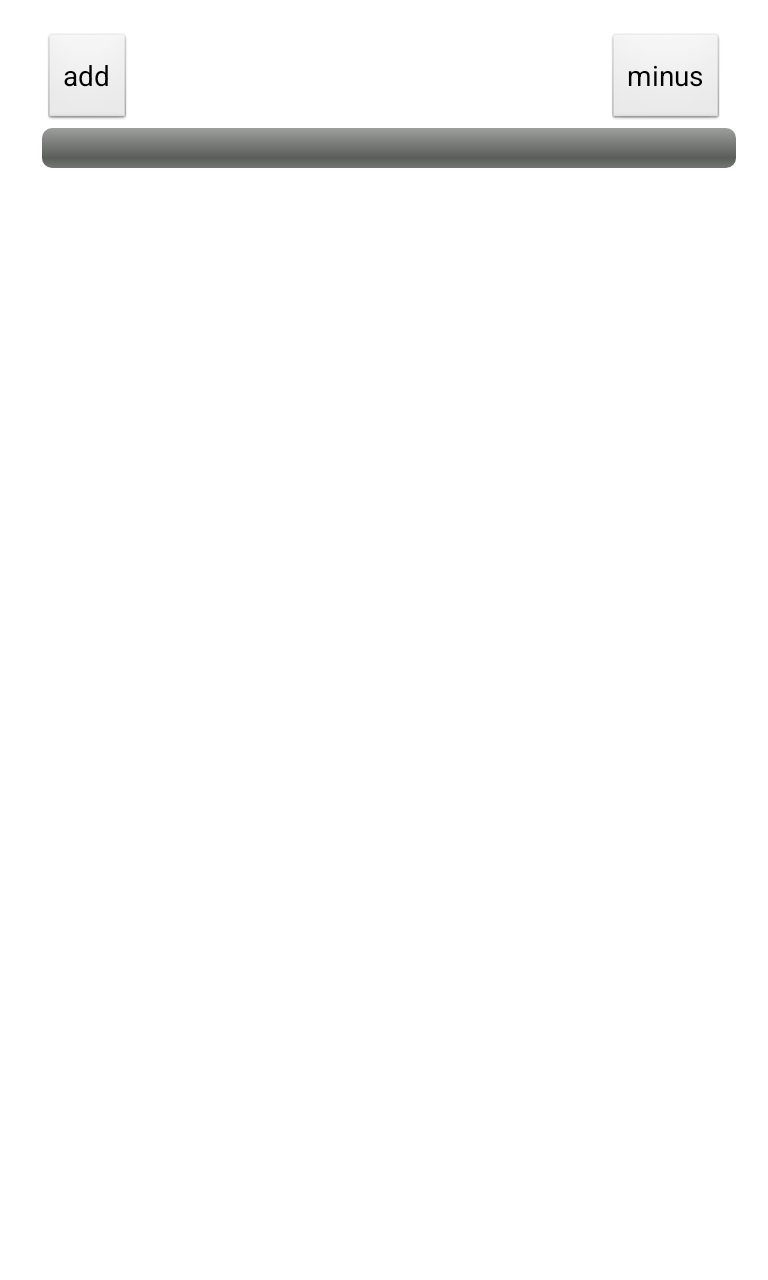
Repository: CrowleyLucky/AndroidLearningNotes
Layout: 16_MultiThreadDownloader/res/layout/activity_main.xml
These files come from the project's save history. The layout is drawn as it stood at one moment and after the next save; the edit follows.
It is drawn on a 768 x 1280 px phone screen (xhdpi) without system bars, with theme AppTheme; the app's code is not run.

Above is the layout before, as saved 2014-03-04 04:40:51.

### 16_MultiThreadDownloader/res/layout/activity_main.xml
<RelativeLayout xmlns:android="http://schemas.android.com/apk/res/android"
    xmlns:tools="http://schemas.android.com/tools"
    android:layout_width="match_parent"
    android:layout_height="match_parent"
    android:paddingBottom="@dimen/activity_vertical_margin"
    android:paddingLeft="@dimen/activity_horizontal_margin"
    android:paddingRight="@dimen/activity_horizontal_margin"
    android:paddingTop="@dimen/activity_vertical_margin"
    tools:context=".MainActivity" >

	<Button
	    android:layout_height="wrap_content"
	    android:layout_width="wrap_content"
	    android:layout_alignParentLeft="true"
	    android:text="@string/progress_add"
	    android:layout_marginLeft="5dp"
	    android:id="@+id/button_add"/>
	<Button
	    android:layout_height="wrap_content"
	    android:layout_width="wrap_content"
	    android:layout_alignParentRight="true"
	    android:layout_marginRight="5dp"
	    android:text="@string/progress_minus"
	    android:id="@+id/button_minus"/>

    <ProgressBar
        style="?android:attr/progressBarStyleHorizontal"
        android:layout_width="match_parent"
        android:layout_height="wrap_content"
        android:layout_below="@id/button_add"
        android:layout_alignLeft="@id/button_add"/>

</RelativeLayout>

### 16_MultiThreadDownloader/res/values/strings.xml
<?xml version="1.0" encoding="utf-8"?>
<resources>

    <string name="app_name">ProgressBar</string>
    <string name="action_settings">Settings</string>
    <string name="progress_add">add</string>
    <string name="progress_minus">minus</string>

</resources>

Loaded but not shown: 16_MultiThreadDownloader/res/values/styles.xml (common file); 16_MultiThreadDownloader/res/values/dimens.xml (common file)

After the next save:
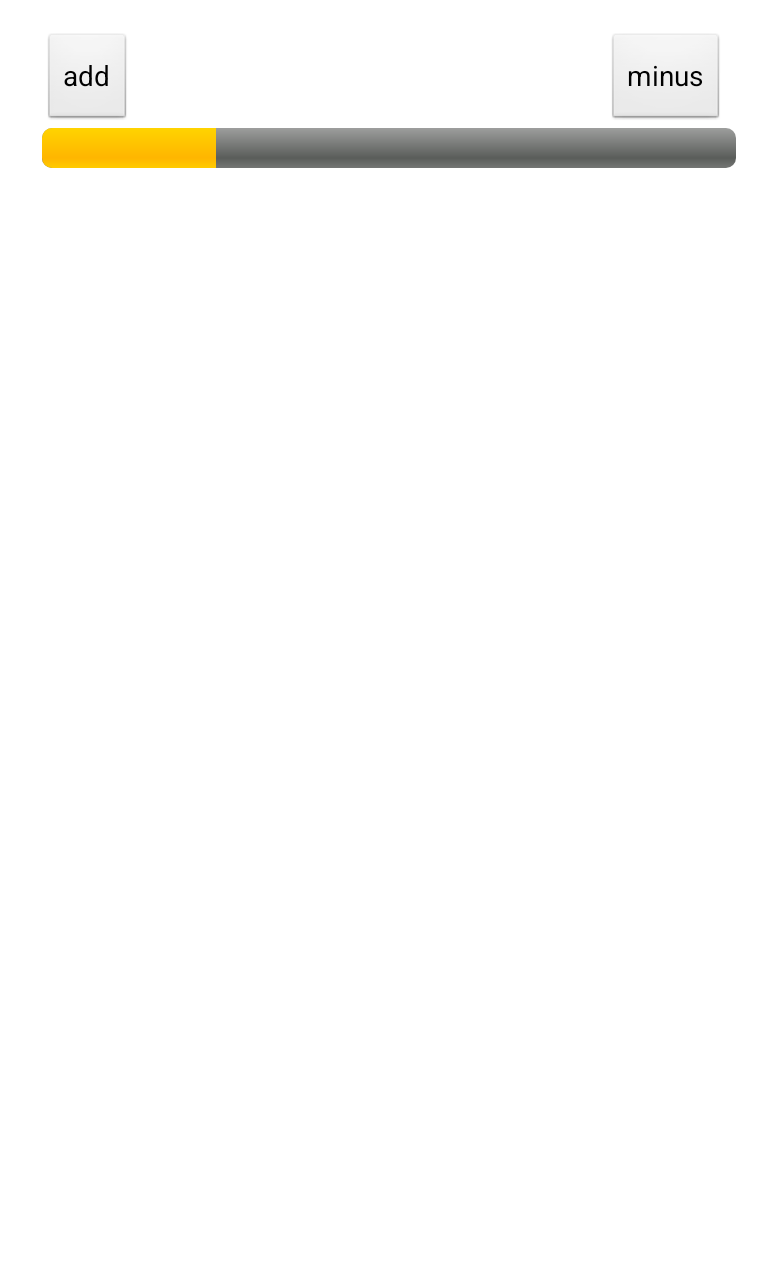
Saved 2 min 35 s later.
--- a/16_MultiThreadDownloader/res/layout/activity_main.xml
+++ b/16_MultiThreadDownloader/res/layout/activity_main.xml
@@ -27,6 +27,8 @@
         style="?android:attr/progressBarStyleHorizontal"
         android:layout_width="match_parent"
         android:layout_height="wrap_content"
+        android:progress="25"
+        android:max="100"
         android:layout_below="@id/button_add"
         android:layout_alignLeft="@id/button_add"/>
 
